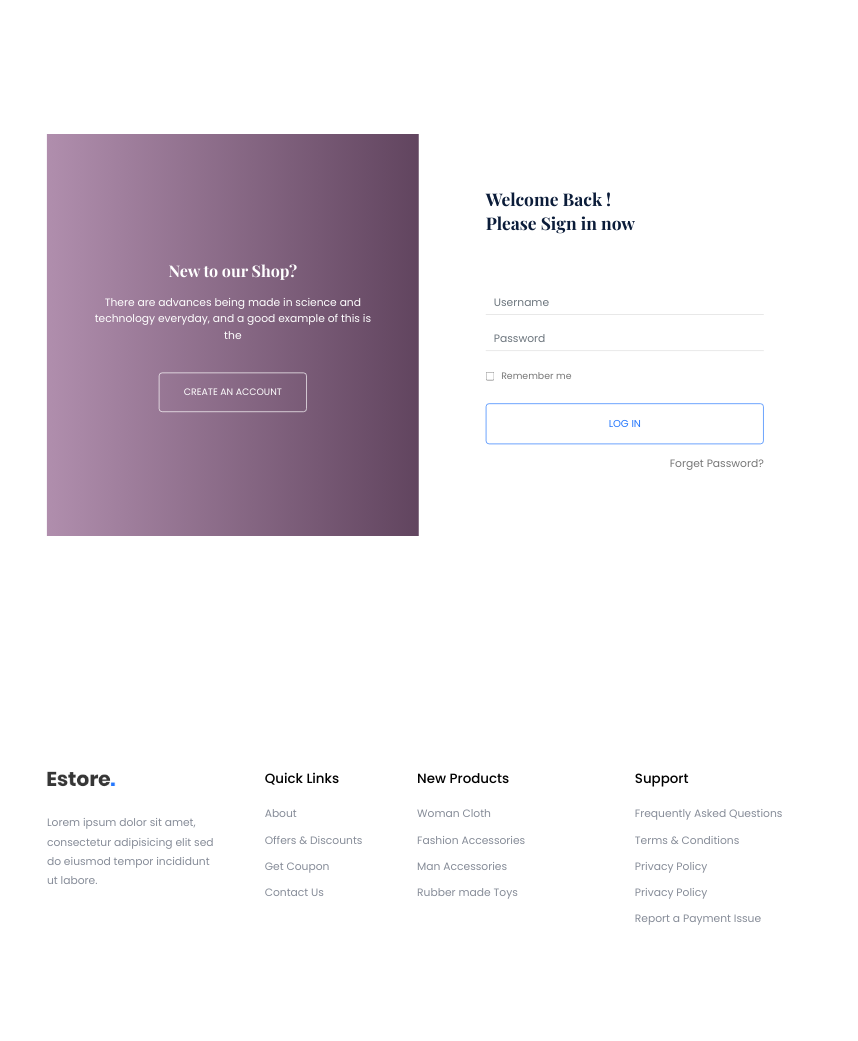
Repository: tuanloc782004/Estore-Bookshop-Website
Page: http://localhost/auth/login
An editor plug-in stored every save of this project. The page is shown before and after the next save, followed by the edit.
The browser window is 1280 px wide. The pictures show the whole page, at 67% of full size.
Some web fonts or font styles are not loaded; a fallback is used. The page is this project's Thymeleaf template; nobody is signed in. The template is opened directly, without the code that normally fills it, so the values that code supplies are empty.

Above is the page before, as saved 2024-10-26 03:03:27.

After the next save:
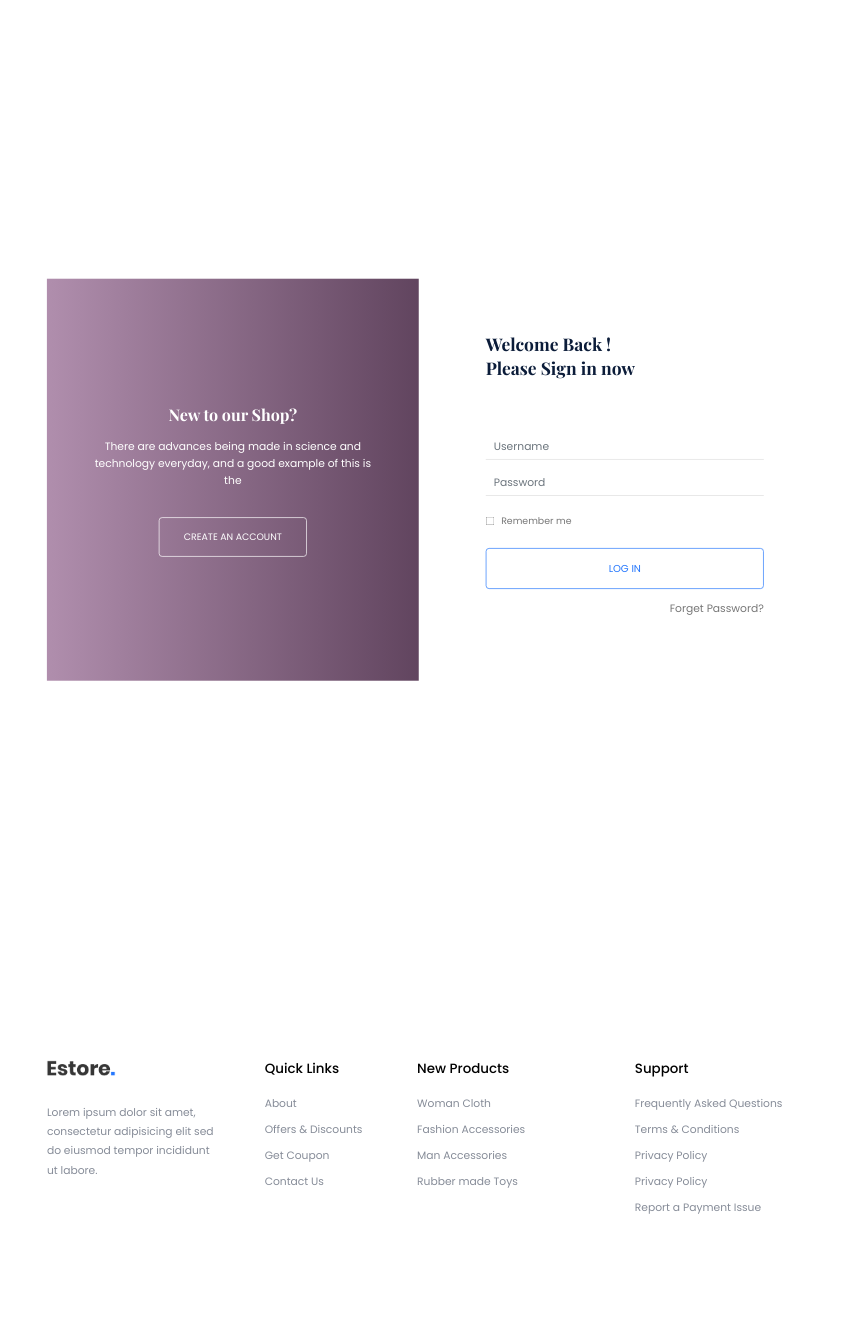
Saved 2 min 29 s later.
--- a/myscp/src/main/resources/templates/auth/login.html
+++ b/myscp/src/main/resources/templates/auth/login.html
@@ -9,7 +9,7 @@
 	<!--================login_part Area =================-->
 	<section class="login_part section_padding ">
 		<div class="container">
-			<div class="row align-items-center">
+			<div class="row align-items-center section_padding mt-3 mb-3">
 				<div class="col-lg-6 col-md-6">
 					<div class="login_part_text text-center">
 						<div class="login_part_text_iner">
